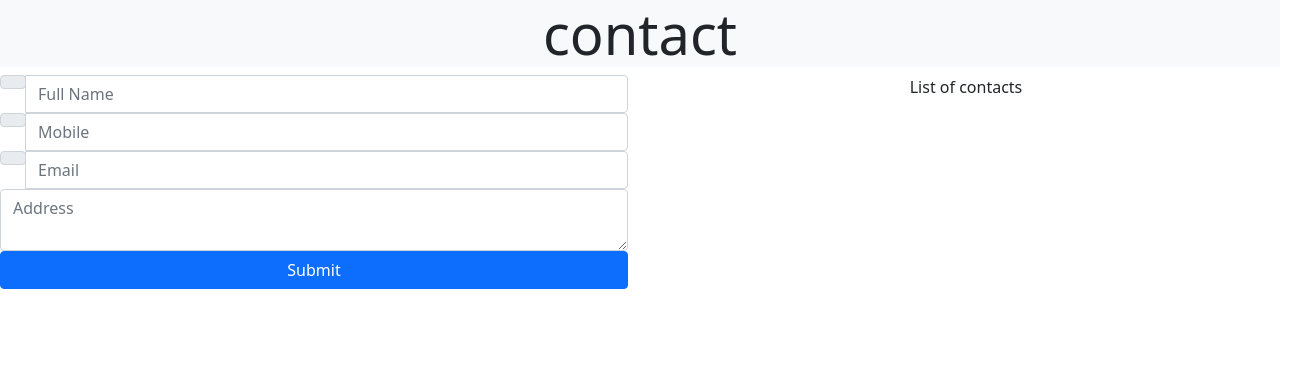
Repository: sahil801/my-react
Page: / (app in finalassignment/)
An editor plug-in stored every save of this project. The page is shown before and after the next save, followed by the edit.
The browser window is 1280 px wide. The page is 1292 px wide, so the pictures cover 1292 px, including what lies to the right of the window. The pictures show the whole page.
The project was rebuilt for these pictures with package versions that can differ from the ones it lists, and the page was loaded fresh each time.

Above is the page before, as saved 2021-10-28 12:51:03.

### finalassignment/src/index.js
import React from 'react';
import ReactDOM from 'react-dom';
import './index.css';
import App from './App';
import reportWebVitals from './reportWebVitals';
import 'bootstrap/dist/css/bootstrap.min.css';

ReactDOM.render(
  <React.StrictMode>
    <App />
  </React.StrictMode>,
  document.getElementById('root')
);
reportWebVitals();

### finalassignment/src/App.js
import './App.css';
import Contacts from './components/contacts';
function App() {
  return (
    <div className="App">
      <Contacts/>
    </div>
  );
}

export default App;

### finalassignment/src/components/contacts.js
import React from 'react'
import Contactform from './contactform';

export default function Contacts() {
    return (
        <>
        <div className="bg-light text-center">
            <div className="container p-250">
                <h1 className="display-4">contact</h1>
            </div>
        </div>
        <div className="row mt-10">
            <div className="col md-5">
                <Contactform/>
            </div>
            <div className="col md-7">
                <div>List of contacts</div>
            </div>
        </div>
        </>
    )
}

### finalassignment/src/components/contactform.js
import React ,{useState,useEffect} from 'react'
// import {Form} from 'react-bootstrap';

export default function Contactform() {

    const initialFieldValue = {
        name : '',
        mobile : '',
        email : '',
        address : ''
    }
    const [value,setValue] = useState(initialFieldValue);
    const handleInputChange = (e) =>{
        var [name,val] = e.target;
        setValue({...value, [name]:val})
    }

    return (
        <div>
            <form autoComplete="off">
            <div className="form-group input-group">
                <div className="input-group-prepend">
                    <div className="input-group-text">
                        <i className="fas fa-user"></i>
                    </div>
                </div>
                <input className="form-control" placeholder="Full Name" name="name"
                    value={value.name}
                    onChange={handleInputChange}
                />
            </div>
            <div className="form-row">
                <div className="form-group input-group col-md-6">
                    <div className="input-group-prepend">
                        <div className="input-group-text">
                            <i className="fas fa-mobile-alt"></i>
                        </div>
                    </div>
                    <input className="form-control" placeholder="Mobile" name="mobile"
                        value={value.mobile}
                        onChange={handleInputChange}
                    />
                </div>
                <div className="form-group input-group col-md-6">
                    <div className="input-group-prepend">
                        <div className="input-group-text">
                            <i className="fas fa-envelope"></i>
                        </div>
                    </div>
                    <input className="form-control" placeholder="Email" name="email"
                        value={value.email}
                        onChange={handleInputChange}
                    />
                </div>
            </div>
            <div className="form-group">
                <textarea className="form-control" placeholder="Address" name="address"
                    value={value.address}
                    onChange={handleInputChange}
                />
            </div>
            <div className="form-group">
                <input type="submit" className="btn btn-primary btn-block w-100" />
            </div>
            </form>
        </div>
    )
}

Loaded but not shown: finalassignment/public/index.html (common file); finalassignment/src/index.css (common file); finalassignment/src/reportWebVitals.js (common file); finalassignment/src/App.css (common file)

After the next save:
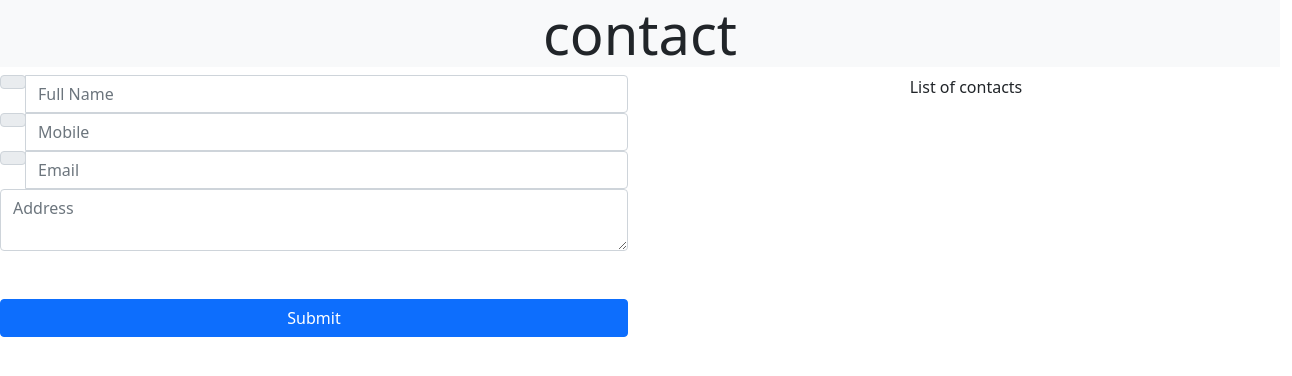
Saved 11 s later.
--- a/finalassignment/src/components/contactform.js
+++ b/finalassignment/src/components/contactform.js
@@ -60,7 +60,7 @@ export default function Contactform() {
                 />
             </div>
             <div className="form-group">
-                <input type="submit" className="btn btn-primary btn-block w-100" />
+                <input type="submit" className="btn btn-primary btn-block w-100 mt-5" />
             </div>
             </form>
         </div>
